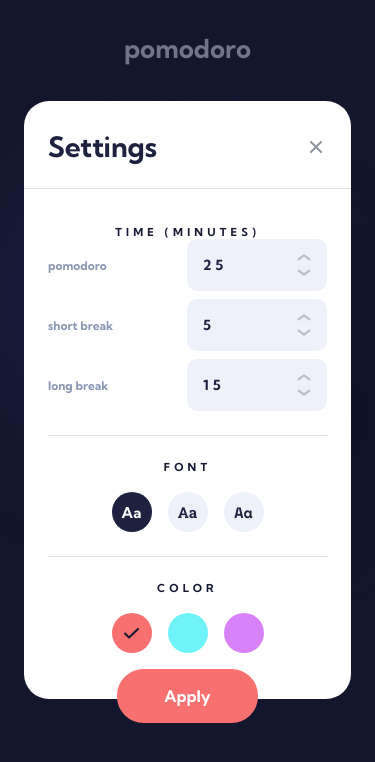
Repository: blordeus/pomodoro-app
Page: /, after clicking the first element matching `button.settings-trigger`
The author's editor kept a copy of each file at every save. The page is drawn from the files as they stood at one save, then again after the next save.
The browser window is 375 px wide. The pictures show the whole page.
The project was rebuilt for these pictures with package versions that can differ from the ones it lists, and the page was loaded fresh each time.

Above is the page before, as saved 2026-05-09 18:32:52.

After the next save:
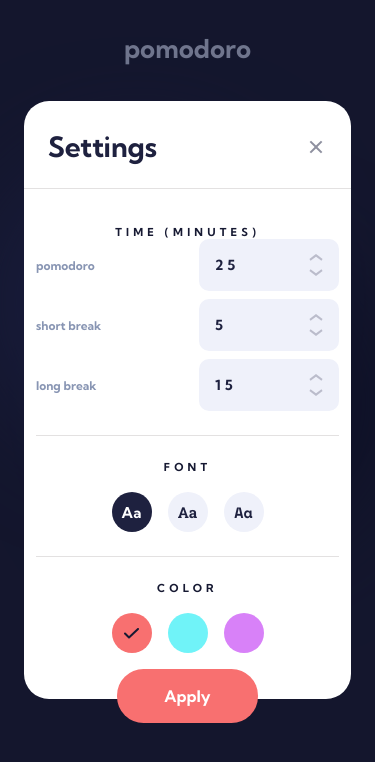
Saved 12 s later.
--- a/src/index.css
+++ b/src/index.css
@@ -481,7 +481,7 @@
   }
 
   .modal__body {
-    padding: 12px 24px;
+    padding: 12px 12px;
   }
 
   .modal__section--row {

After the save that followed:
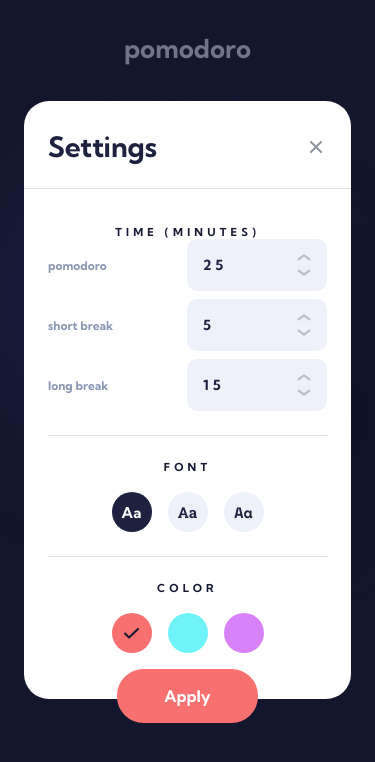
Saved 5 s later.
--- a/src/index.css
+++ b/src/index.css
@@ -481,7 +481,7 @@
   }
 
   .modal__body {
-    padding: 12px 12px;
+    padding: 12px 24px;
   }
 
   .modal__section--row {
